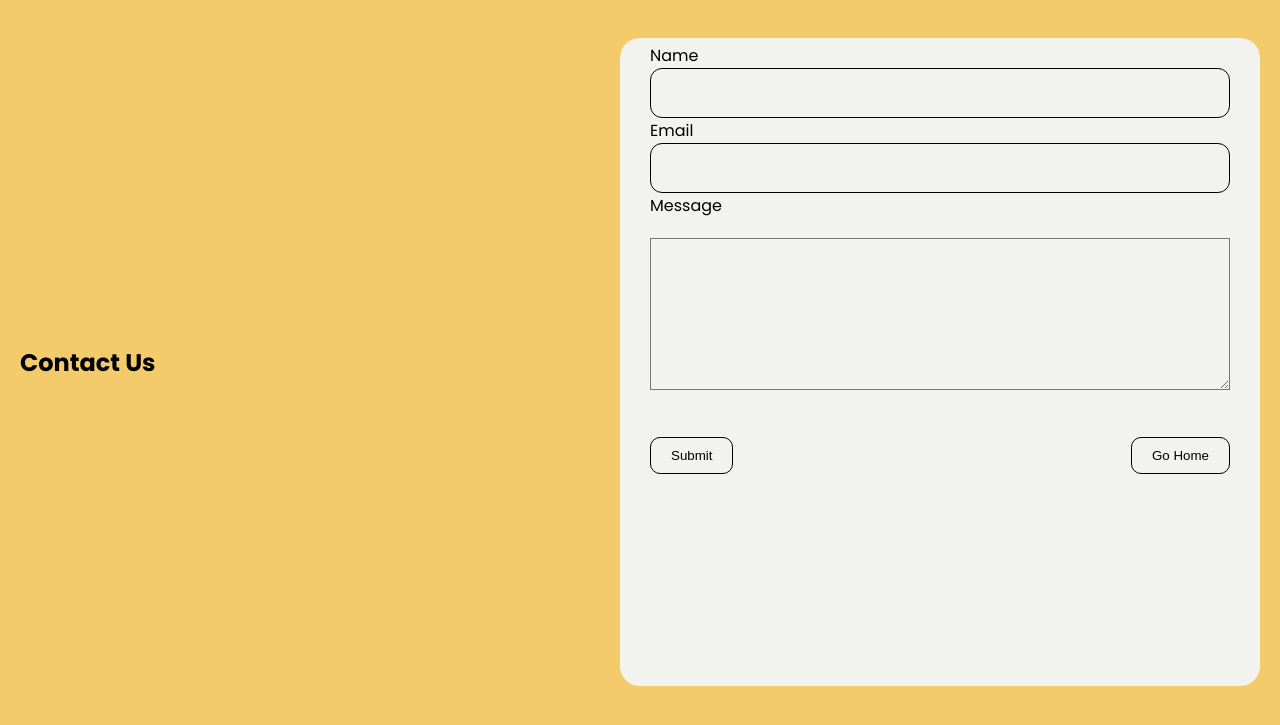
Repository: ble-syn/Random-user-generator-app
Page: /contact
The author's editor kept a copy of each file at every save. The page is drawn from the files as they stood at one save, then again after the next save.
The browser window is 1280 px wide. The pictures show the whole page.
The project was rebuilt for these pictures with package versions that can differ from the ones it lists, and the page was loaded fresh each time. Also part of the build but not shown: src/components/pagination.jsx, src/components/User.jsx, src/pages/Home.jsx, src/components/ErrorFallback.jsx, src/pages/About.jsx, src/pages/NotFound.jsx, src/pages/Mission.jsx, src/pages/Vision.jsx.

Above is the page before, as saved 2022-10-28 21:34:20.

After the next save:
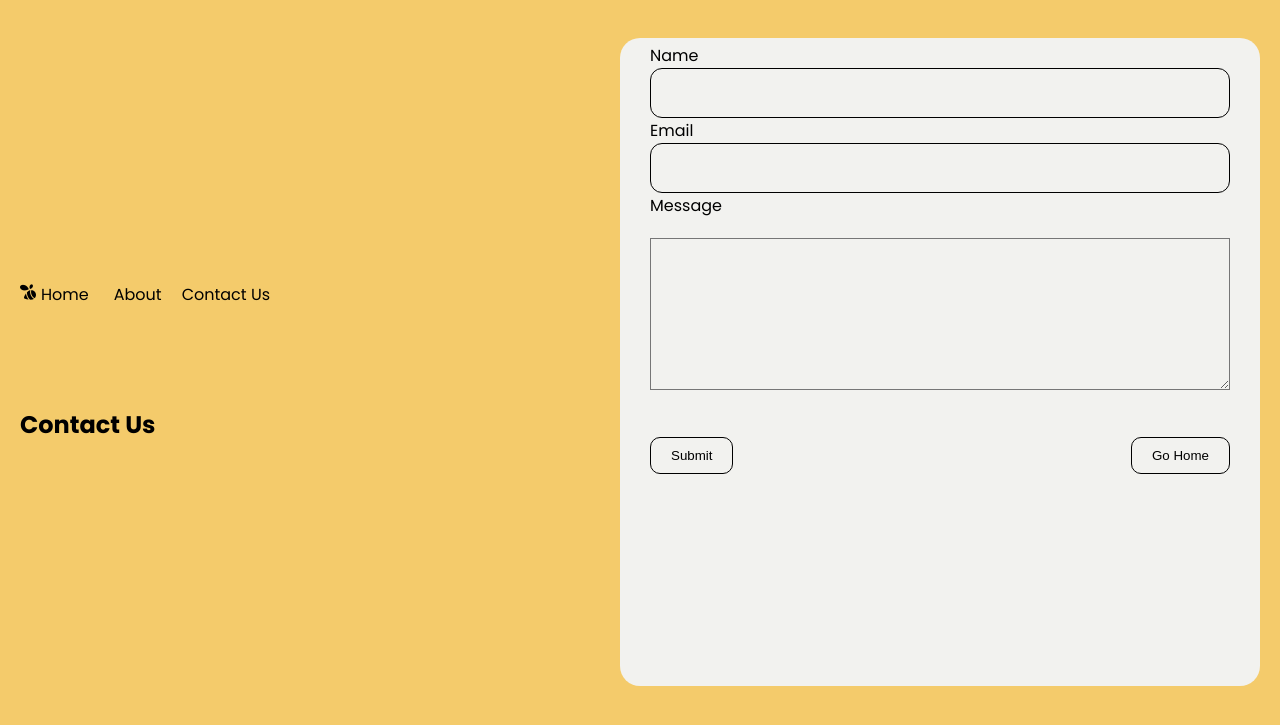
Saved 9 s later.
--- a/src/pages/Contact.jsx
+++ b/src/pages/Contact.jsx
@@ -11,6 +11,7 @@ function Contact() {
   return (
     <div className="home-container">
       <div id="left">
+        <Navbar />
         <h2>Contact Us</h2>
       </div>
 
